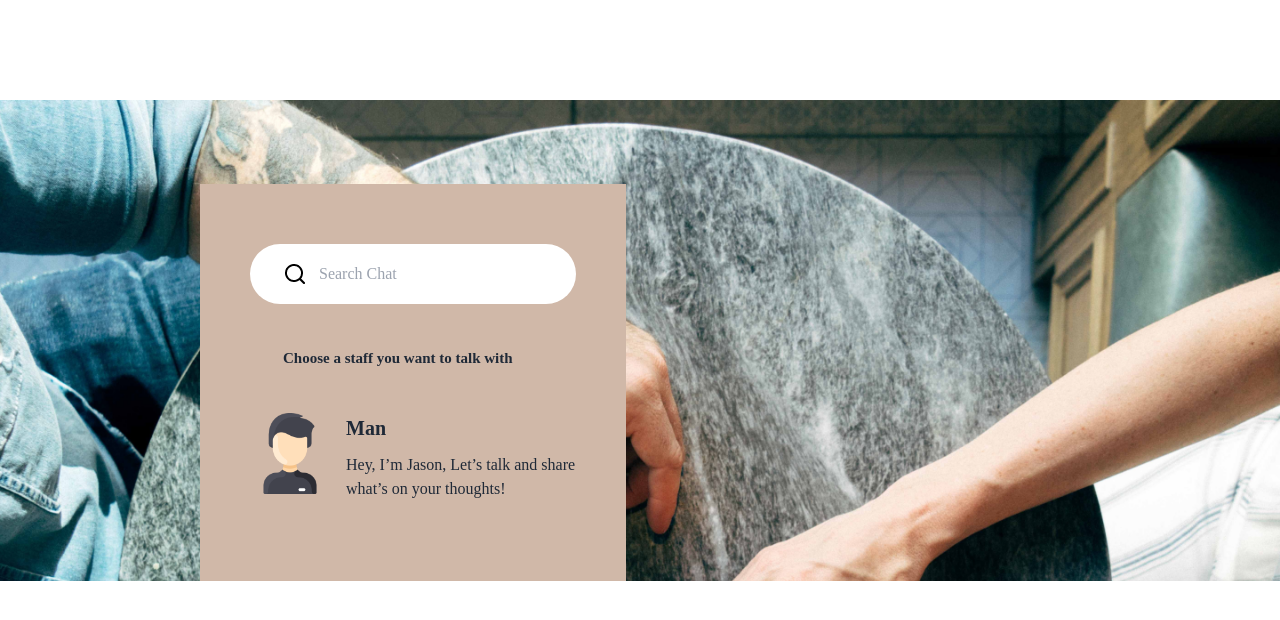
Repository: boykebn/fw12-collab2-FRONTEND
Page: /chat (app in our/)
These files come from the project's save history. The page is drawn as it stood at one moment and after the next save; the edit follows.
The browser window is 1280 px wide. The pictures show the whole page.
The project was rebuilt for these pictures with package versions that can differ from the ones it lists, and the page was loaded fresh each time. The framework's server and built-in components were replaced by stand-ins that run in the browser. Also part of the build but not shown: our/next.config.js.

Above is the page before, as saved 2022-12-31 23:51:27.

After the next save:
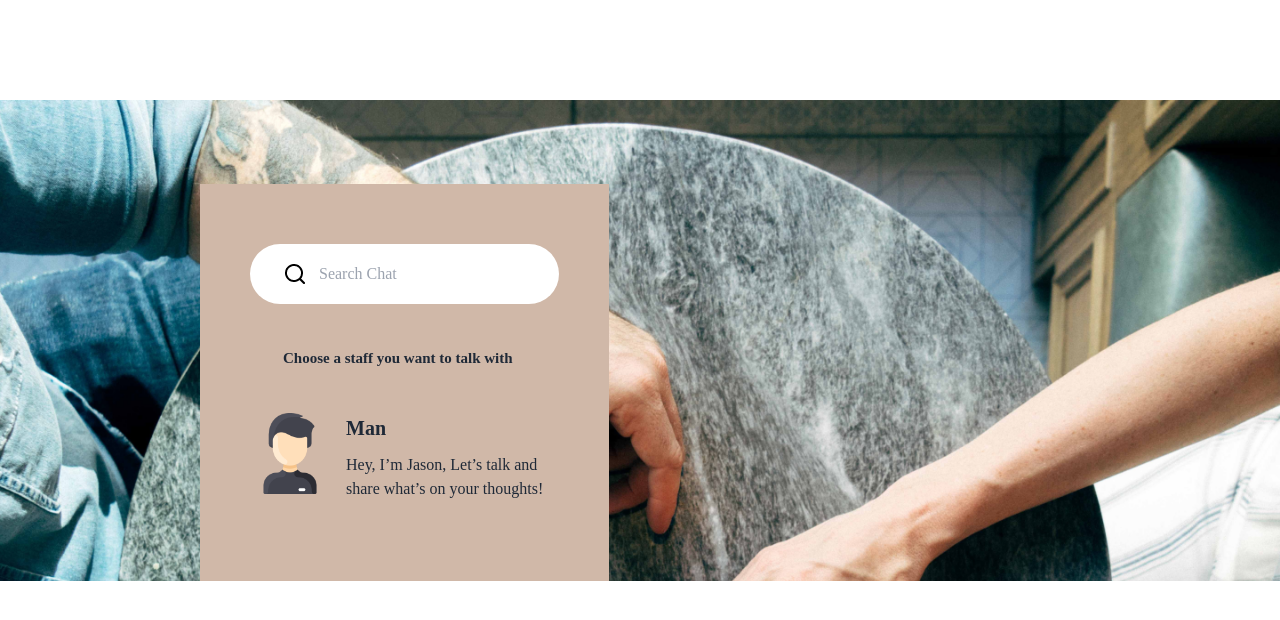
Saved 10 s later.
--- a/our/pages/chat.js
+++ b/our/pages/chat.js
@@ -24,7 +24,7 @@ const Chat = () => {
               />
               <div>
                 <p className="text-[20px] font-bold mb-[10px]">Man</p>
-                <p className="w-[230px]">
+                <p className="w-[200px]">
                   Hey, I’m Jason, Let’s talk and share what’s on your thoughts!
                 </p>
               </div>
